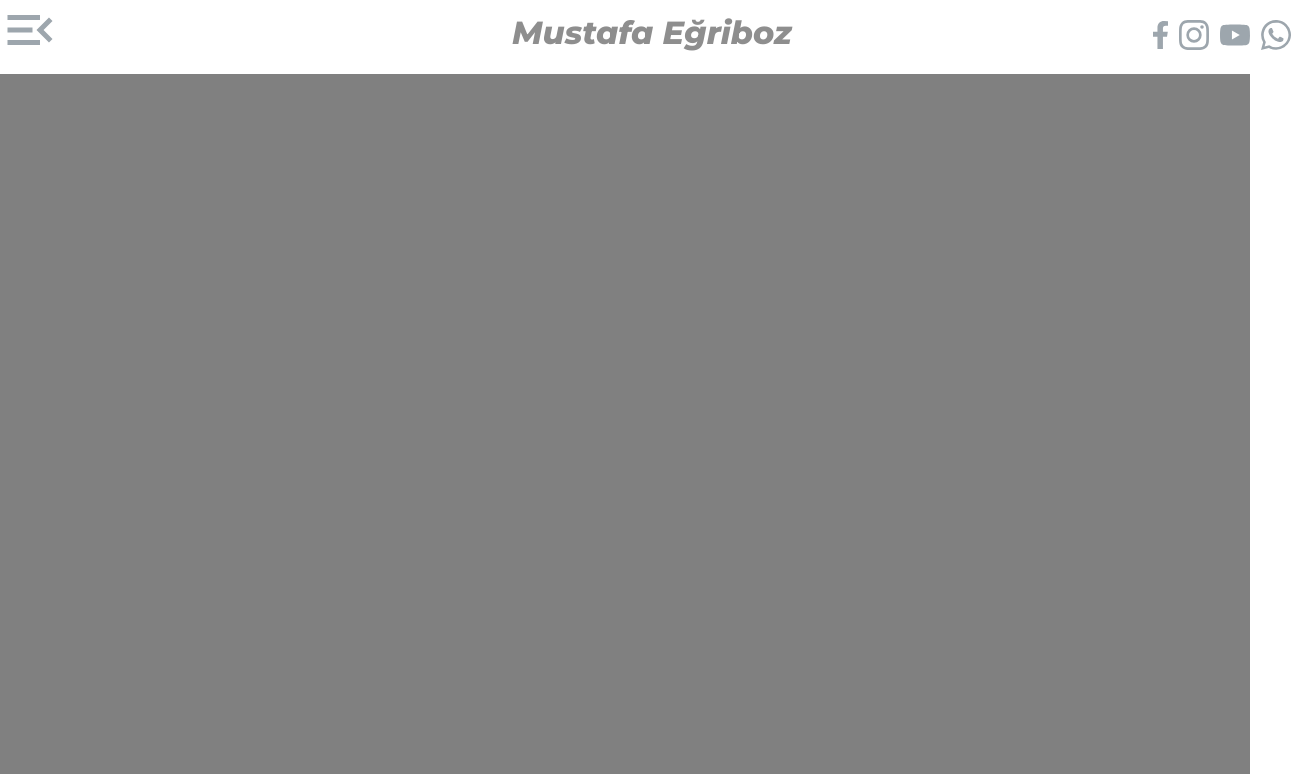
Repository: CengoCengo/m.e-gallery-web-site
Page: index.html
An editor plug-in stored every save of this project. The page is shown before and after the next save, followed by the edit.
The browser window is 1280 px wide. The page is 1291 px wide, then 1288 px, then 1291 px, so the pictures cover 1291 px, including what lies to the right of the window. The pictures show the whole page.

Above is the page before, as saved 2021-02-06 15:22:11.
Console error: TypeError: Cannot read properties of null (reading 'style')

### index.html
<!DOCTYPE html>
<html lang="en">
  <head>
    <meta charset="UTF-8" />
    <meta name="viewport" content="width=device-width, initial-scale=1.0" />
    <link rel="stylesheet" href="styles/style.css" />
    <link rel="preconnect" href="https://fonts.gstatic.com" />
    <link
      href="https://fonts.googleapis.com/css2?family=Montserrat:ital,wght@1,800&display=swap"
      rel="stylesheet"
    />

    <title>Mustafa Eğriboz</title>
  </head>
  <body>
    <!-- Navigator -->
    <div class="menu-container">
      <img
        id="icon-menu"
        src="images/icon/menu_open-black-18dp.svg"
        alt="icon-menu"

      />
      <h1 class="name">Mustafa Eğriboz</h1>

      <div class="social-media-container icon-social">
        <a class="icon-social" href=""
          ><img alt="Qries" src="images/icon/facebook-f-brands.svg" width=15"
          height="70"></a
        >

        <a class="icon-social" href=""
          ><img alt="Qries" src="images/icon/instagram-brands.svg" width=30"
          height="70"></a
        >

        <a class="icon-social"  href=""
          ><img alt="Qries" src="images/icon/youtube-brands.svg" width=30"
          height="70"></a
        >

        <a class="icon-social" href=""
          ><img alt="Qries" src="images/icon/whatsapp-brands.svg" width=30"
          height="70"></a
        >
      </div>
    </div>

    <!-- Slider -->

    <div class="slider-container">
      <div class="slider"></div>
    </div>

    <script type="text/javascript" src="js/script.js"></script>
  </body>
</html>

### styles/style.css
*{
    margin: 0;
    padding: 0;
    font-family:  'Montserrat', sans-serif;
    font-weight: lighter;



}

.main-container{
    width: 100%;
}

.menu-container{
    display: inline-block;
    position: relative;
    width: 100%;
    height: auto;



}

#icon-menu{
    display: inline-block;
    width: 60px;
    height: auto;
    margin-bottom: 10px;



}

.name{
    display: inline-block;
    position: absolute;
    margin-top: 1%;
    left: 40%;
    color:#8e8e8e;

}

.social-media-container{
    display: inline;
    position: relative;
    width: 100%;
    left: 84%;



}

.icon-social{
    margin-left: 0.5%;
}




.slider{
    background-color: grey;
    width: 1250px;
    height: 700px;

}

### js/script.js
var x = document.querySelector("p");
x.style.backgroundColor = "red";

After the next save:
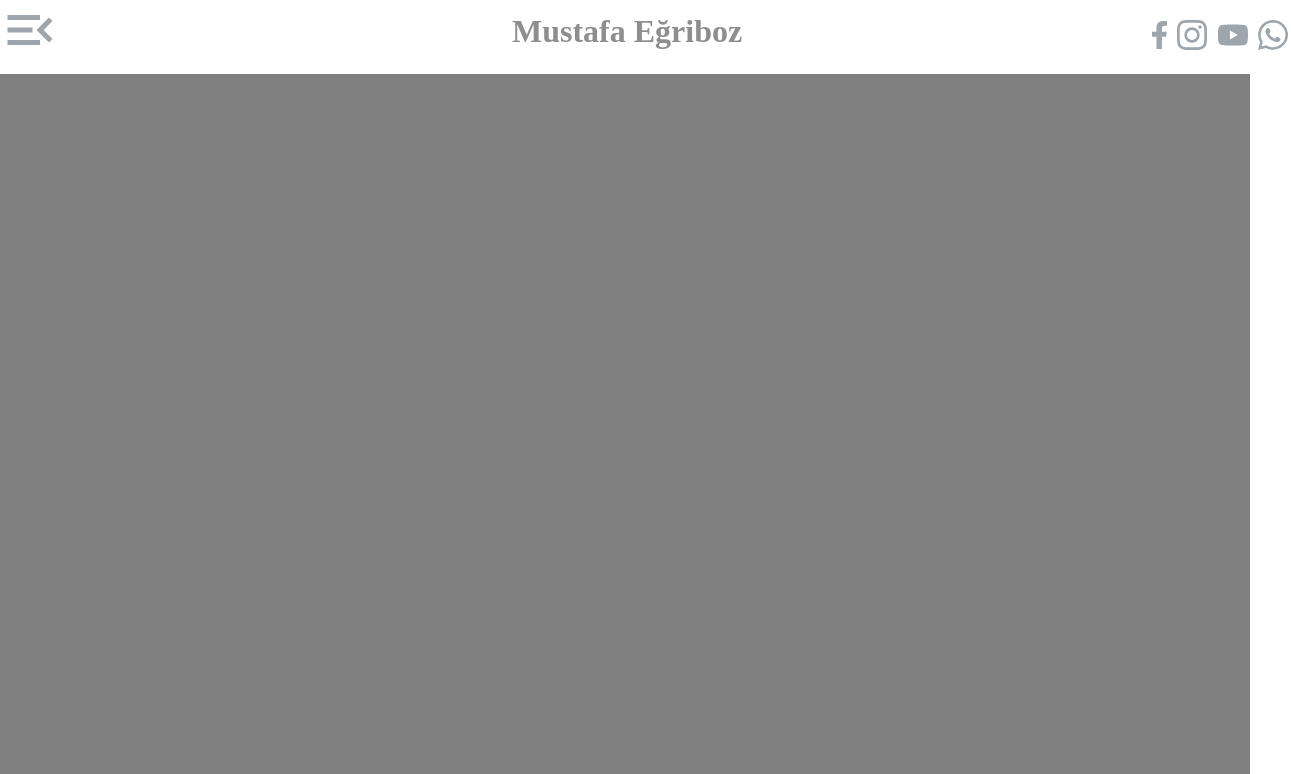
Saved 17 s later.
--- a/styles/style.css
+++ b/styles/style.css
@@ -1,8 +1,7 @@
 *{
     margin: 0;
     padding: 0;
-    font-family:  'Montserrat', sans-serif;
-    font-weight: lighter;
+    font-family:
 
 
 

After the save that followed:
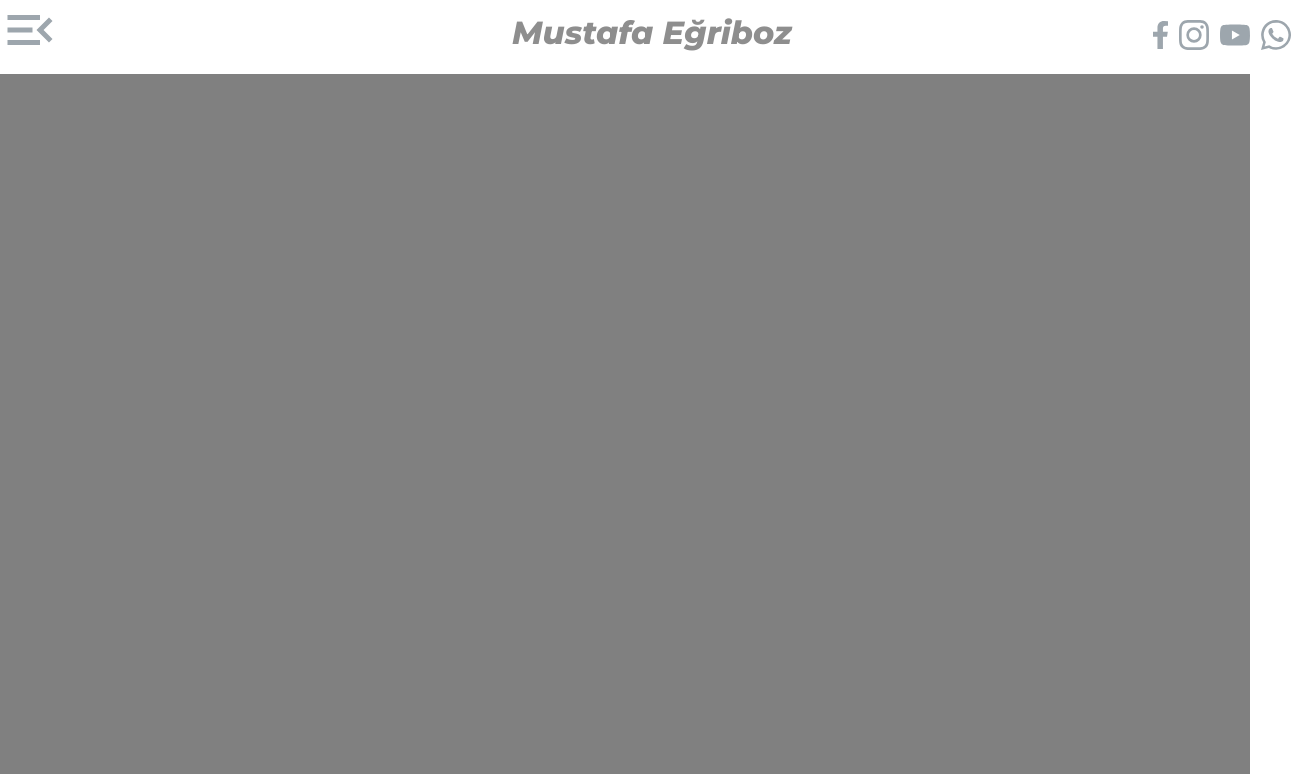
Saved 22 s later.
--- a/styles/style.css
+++ b/styles/style.css
@@ -1,7 +1,8 @@
 *{
     margin: 0;
     padding: 0;
-    font-family:
+    font-family:  'Montserrat', sans-serif;
+    font-weight:100;
 
 
 
